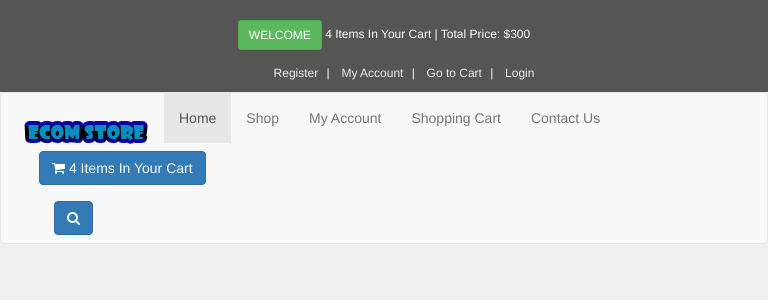
Repository: truonghuynhquy/M_Dev_Store
Page: http://localhost/
An editor plug-in stored every save of this project. The page is shown before and after the next save, followed by the edit.
The browser window is 768 px wide. The pictures show the whole page.
The page is run by PHP 8.4 with error messages shown; the project is at /var/www/html/.

Above is the page before, as saved 2022-09-20 22:32:08.

After the next save:
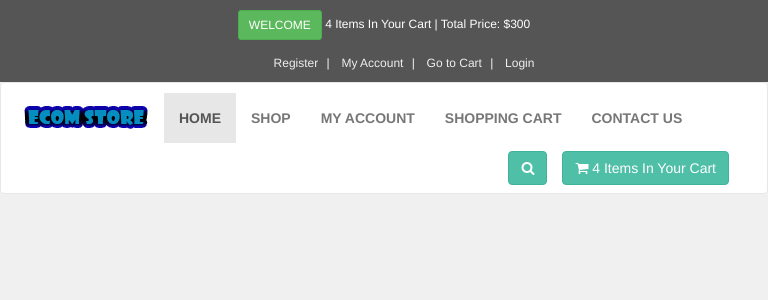
Saved 2 min 15 s later.
--- a/styles/style.css
+++ b/styles/style.css
@@ -1,32 +1,40 @@
-/* Generated Styles */
+/*
+Template Name     : M-Dev Store
+Author Name       : MrGhie
+Author Email      : mugianto1nd@gmail.com
+Theme URI         : www.m-dev-store.com | localhost/m-dev-store
+Theme Ver         : 1.1
+*/
 
-body {
+/* General Styles */
+
+body{
     font-size: 14px;
-    line-height: 1.428571429;
+    line-height: 1.42857143;
     color: #333333;
-    background-color: #f0f0f0;
-    overflow: hidden;
+    background: #f0f0f0;
+    overflow-x: hidden;
 }
 
 /* Top Styles */
 
-#top {
-    background-color: #555555;
+#top{
+    background: #555555;
     padding: 10px 0;
 }
-#top .offer {
+#top .offer{
     color: #ffffff;
 }
-#top .offer .btn {
+#top .offer .btn{
     text-transform: uppercase;
 }
-@media(max-width:991px) {
-    #top .offer {
-        padding: 10px;
+@media(max-width: 991px){
+    #top .offer{
+        margin-bottom: 10px;
     }
 }
-@media(max-width:991px) {
-    #top {
+@media(max-width: 991px){
+    #top{
         font-size: 12px;
         text-align: center;
     }
@@ -41,19 +49,69 @@ body {
     font-size: 12px;
     list-style: none;
 }
-@media(max-width:991px) {
+@media(max-width: 991px){
     #top ul.menu{
-        text-align: center;;
+        text-align: center;
     }
 }
-#top ul.menu > li {
+#top ul.menu > li{
     display: inline-block;
 }
-#top ul.menu > li a {
+#top ul.menu > li a{
     color: #eeeeee;
 }
-#top ul.menu > li + li::before {
+#top ul.menu > li + li:before{
     content: "|\00a0";
     color: #f7f7f7;
     padding: 0 5px;
 }
+
+/* Header Styles */
+
+.navbar{
+    background: #ffffff;
+}
+.navbar-collapse .right{
+    float: right;
+}
+.navbar-brand{
+    float: left;
+    padding: 10px 15px;
+    font-size: 18px;
+    line-height: 20px;
+    height: 70px;
+}
+.navbar-brand:hover,
+.navbar-brand:focus{
+    text-decoration: none;
+}
+.navbar ul.nav > li > a{
+    text-transform: uppercase;
+    font-weight: bold;
+    font-size: 14px;
+}
+.navbar ul.nav > li > a:hover{
+    background: #e7e7e7;
+}
+.padding-nav{
+    padding-top: 10px;
+}
+.btn-primary{
+    color: rgb(255, 255, 255);
+    background: rgb(79, 191, 168);
+    border-color: rgb(65, 179, 156);
+}
+#search .navbar-form{
+    float: right;
+}
+#search{
+    clear: both;
+    border-top: solid 1px #9adacd;
+    text-align: right;
+}
+#search .navbar-form .input-group{
+    display: table;
+}
+#search .navbar-form .input-group .form-control{
+    width: 100%;
+}
